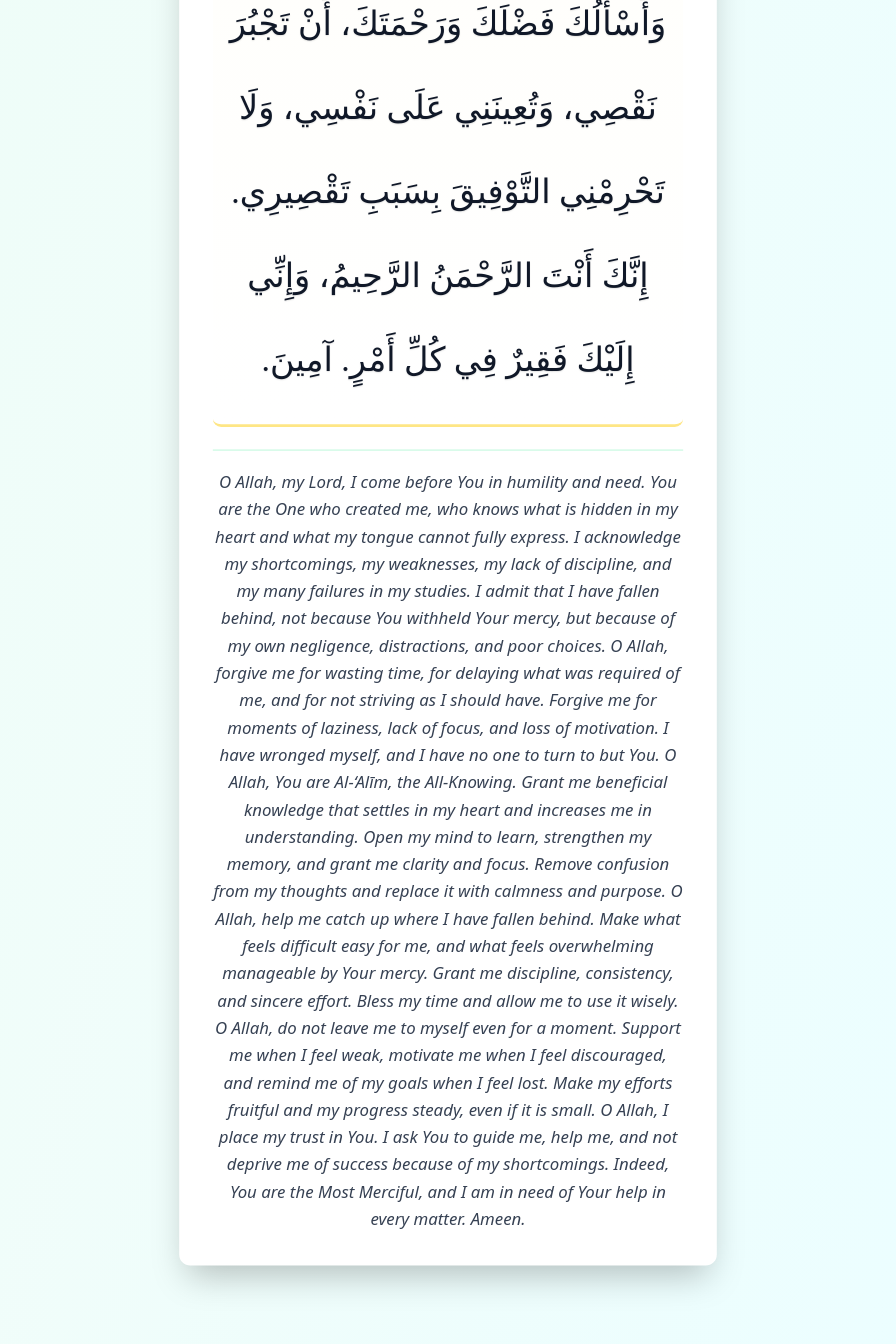
Repository: AbdulquddusMuhammad/prayerApp2.0
Page: /
The author's editor kept a copy of each file at every save. The page is drawn from the files as they stood at one save, then again after the next save.
The browser window is 1280 px wide. The pictures show the part of the page from y = 3770 to 5690 px (the page is 5690 px tall before and 5594 px after), at 70% of full size.
Some web fonts or font styles are not loaded; a fallback is used. The project was rebuilt for these pictures with package versions that can differ from the ones it lists, and the page was loaded fresh each time. Also part of the build but not shown: vite.config.js.

Above is the page before, as saved 2026-01-18 09:23:36.

### index.html
<!DOCTYPE html>
<html lang="en">
  <head>
    <meta charset="UTF-8" />
    <link rel="icon" type="image/sng" href="/prayerAppLogo.png" />
    <meta name="viewport" content="width=device-width, initial-scale=1.0" />
    <title>prayerapp2-0</title>
  </head>
  <body>
    <div id="root"></div>
    <script type="module" src="/src/main.jsx"></script>
  </body>
</html>

### src/main.jsx
import { registerSW } from "virtual:pwa-register";
import { StrictMode } from "react";
import { createRoot } from "react-dom/client";
import "./index.css";
import App from "./App.jsx";

createRoot(document.getElementById("root")).render(
  <StrictMode>
    <App />
  </StrictMode>
);

registerSW({
  onNeedRefresh() {},
  onOfflineReady() {},
});

### src/index.css
@import "tailwindcss";

* {
  /* outline: 1px solid red; */
}

### src/App.jsx
import React, { useState } from "react";
import { ChevronLeft, ChevronRight, BookOpen } from "lucide-react";

const App = () => {
  // Load Quran-style Arabic fonts
  React.useEffect(() => {
    const link = document.createElement("link");
    link.href = "https://fonts.googleapis.com/css2?family=Amiri+Quran&family=Scheherazade+New:wght@400;700&display=swap";
    link.rel = "stylesheet";
    document.head.appendChild(link);
  }, []);
  // Arabic prayers and phrases stored in JavaScript object
  const prayersData = {
    prayers: [
      {
        id: 1,
        arabic: `اللَّهُمَّ إِنِّي أَقِفُ بَيْنَ يَدَيْكَ ذَلِيلًا مُنْكَسِرًا، أَعْتَرِفُ بِضَعْفِي وَتَقْصِيرِي. أَنْتَ الَّذِي خَلَقْتَنِي، وَتَعْلَمُ سِرِّي وَعَلَانِيَتِي، وَتَعْلَمُ مَا فِي قَلْبِي مِمَّا لَا أُحْسِنُ التَّعْبِيرَ عَنْهُ بِلِسَانِي.

اللَّهُمَّ أُقِرُّ بِأَنِّي قَصَّرْتُ فِي دِرَاسَتِي، وَتَأَخَّرْتُ كَثِيرًا، وَضَيَّعْتُ أَوْقَاتِي، وَغَلَبَتْنِي نَفْسِي وَشَوَاغِلِي. فَاغْفِرْ لِي ذُنُوبِي، وَتُبْ عَلَيَّ تَوْبَةً نَصُوحًا، فَإِنِّي قَدْ ظَلَمْتُ نَفْسِي، وَلَا مَلْجَأَ وَلَا مَنْجَا مِنْكَ إِلَّا إِلَيْكَ.

اللَّهُمَّ أَنْتَ الْعَلِيمُ الْحَكِيمُ، فَارْزُقْنِي عِلْمًا نَافِعًا، وَفَهْمًا صَادِقًا، وَفَتْحًا مِنْ عِنْدِكَ. نَوِّرْ عَقْلِي، وَقَوِّ ذَاكِرَتِي، وَاشْرَحْ صَدْرِي لِلتَّعَلُّمِ، وَاصْرِفْ عَنِّي التَّشْتِيتَ وَالْكِسَلَ، وَارْزُقْنِي التَّرْكِيزَ وَالثَّبَاتَ.

اللَّهُمَّ أَعِنِّي عَلَى تَدَارُكِ مَا فَاتَنِي، وَيَسِّرْ لِي مَا اسْتَصْعَبْتُهُ، وَخَفِّفْ عَنِّي مَا أَثْقَلَنِي. بَارِكْ لِي فِي وَقْتِي، وَوَفِّقْنِي لِحُسْنِ اسْتِغْلَالِهِ، وَارْزُقْنِي الِانْضِبَاطَ وَالِاجْتِهَادَ وَالْمُوَاظَبَةَ.

اللَّهُمَّ لَا تَكِلْنِي إِلَى نَفْسِي طَرْفَةَ عَيْنٍ. كُنْ لِي عَوْنًا إِذَا ضَعُفْتُ، وَمُثَبِّتًا إِذَا فَتَرْتُ، وَمُوَجِّهًا إِذَا ضَلَلْتُ. اجْعَلْ سَعْيِي مَبْرُورًا، وَتَقَدُّمِي مُتَوَاصِلًا وَلَوْ كَانَ قَلِيلًا.

اللَّهُمَّ إِنِّي أُفَوِّضُ أَمْرِي إِلَيْكَ، وَأَسْأَلُكَ فَضْلَكَ وَرَحْمَتَكَ، أَنْ تَجْبُرَ نَقْصِي، وَتُعِينَنِي عَلَى نَفْسِي، وَلَا تَحْرِمْنِي التَّوْفِيقَ بِسَبَبِ تَقْصِيرِي. إِنَّكَ أَنْتَ الرَّحْمَنُ الرَّحِيمُ، وَإِنِّي إِلَيْكَ فَقِيرٌ فِي كُلِّ أَمْرٍ. آمِينَ.
`,
        translation: `O Allah, my Lord, I come before You in humility and need. You are the One who created me, who knows what is hidden in my heart and what my tongue cannot fully express. I acknowledge my shortcomings, my weaknesses, my lack of discipline, and my many failures in my studies. I admit that I have fallen behind, not because You withheld Your mercy, but because of my own negligence, distractions, and poor choices.

O Allah, forgive me for wasting time, for delaying what was required of me, and for not striving as I should have. Forgive me for moments of laziness, lack of focus, and loss of motivation. I have wronged myself, and I have no one to turn to but You.

O Allah, You are Al-‘Alīm, the All-Knowing. Grant me beneficial knowledge that settles in my heart and increases me in understanding. Open my mind to learn, strengthen my memory, and grant me clarity and focus. Remove confusion from my thoughts and replace it with calmness and purpose.

O Allah, help me catch up where I have fallen behind. Make what feels difficult easy for me, and what feels overwhelming manageable by Your mercy. Grant me discipline, consistency, and sincere effort. Bless my time and allow me to use it wisely.

O Allah, do not leave me to myself even for a moment. Support me when I feel weak, motivate me when I feel discouraged, and remind me of my goals when I feel lost. Make my efforts fruitful and my progress steady, even if it is small.

O Allah, I place my trust in You. I ask You to guide me, help me, and not deprive me of success because of my shortcomings. Indeed, You are the Most Merciful, and I am in need of Your help in every matter. Ameen.
`,
        category: "Opening",
      },

      {
        id: 2,
        arabic: "الْحَمْدُ لِلَّهِ رَبِّ الْعَالَمِينَ",
        translation: "All praise is due to Allah, Lord of all the worlds",
        category: "Praise",
      },
      {
        id: 3,
        arabic: "اللَّهُمَّ صَلِّ عَلَى مُحَمَّدٍ وَعَلَى آلِ مُحَمَّدٍ",
        translation: "O Allah, send blessings upon Muhammad and the family of Muhammad",
        category: "Salawat",
      },
      {
        id: 4,
        arabic: "سُبْحَانَ اللَّهِ وَالْحَمْدُ لِلَّهِ وَلَا إِلَهَ إِلَّا اللَّهُ وَاللَّهُ أَكْبَرُ",
        translation: "Glory be to Allah, and praise be to Allah, and there is no god but Allah, and Allah is the Greatest",
        category: "Dhikr",
      },
      {
        id: 5,
        arabic: "رَبَّنَا آتِنَا فِي الدُّنْيَا حَسَنَةً وَفِي الْآخِرَةِ حَسَنَةً وَقِنَا عَذَابَ النَّارِ",
        translation: "Our Lord, give us good in this world and good in the Hereafter, and protect us from the punishment of the Fire",
        category: "Dua",
      },
      {
        id: 6,
        arabic: "اللَّهُمَّ إِنِّي أَسْأَلُكَ الْهُدَى وَالتُّقَى وَالْعَفَافَ وَالْغِنَى",
        translation: "O Allah, I ask You for guidance, piety, chastity, and self-sufficiency",
        category: "Dua",
      },
      {
        id: 7,
        arabic: "رَبِّ اشْرَحْ لِي صَدْرِي وَيَسِّرْ لِي أَمْرِي",
        translation: "My Lord, expand my chest and make my task easy for me",
        category: "Dua",
      },
      {
        id: 8,
        arabic: "لَا إِلَهَ إِلَّا أَنْتَ سُبْحَانَكَ إِنِّي كُنْتُ مِنَ الظَّالِمِينَ",
        translation: "There is no deity except You; exalted are You. Indeed, I have been of the wrongdoers",
        category: "Dua",
      },
      {
        id: 9,
        arabic: "اللَّهُمَّ إِنِّي أَعُوذُ بِكَ مِنَ الْهَمِّ وَالْحَزَنِ",
        translation: "O Allah, I seek refuge in You from anxiety and grief",
        category: "Protection",
      },
      {
        id: 10,
        arabic: "حَسْبُنَا اللَّهُ وَنِعْمَ الْوَكِيلُ",
        translation: "Allah is sufficient for us, and He is the best Disposer of affairs",
        category: "Trust in Allah",
      },
    ],
  };

  const [currentIndex, setCurrentIndex] = useState(0);
  const currentPrayer = prayersData.prayers[currentIndex];

  const goToNext = () => {
    setCurrentIndex((prev) => (prev < prayersData.prayers.length - 1 ? prev + 1 : prev));
  };

  const goToPrevious = () => {
    setCurrentIndex((prev) => (prev > 0 ? prev - 1 : prev));
  };

  return (
    <div className="min-h-screen bg-gradient-to-br from-emerald-50 via-teal-50 to-cyan-50 flex items-center justify-center p-4">
      <div className="max-w-3xl w-full">
        {/* Header */}
        <div className="text-center mb-8">
          <div className="flex items-center justify-center gap-3 mb-3">
            <BookOpen className="w-8 h-8 text-emerald-600" />
            <h1 className="text-3xl font-bold text-gray-800">Islamic Prayers & Duas</h1>
          </div>
          <p className="text-gray-600">Learn authentic prayers in Arabic</p>
        </div>

        {/* Prayer Card */}
        <div className="bg-white rounded-2xl shadow-2xl p-8 md:p-12 mb-24">
          {/* Category Badge */}
          <div className="text-center mb-6">
            <span className="inline-block px-4 py-2 bg-emerald-100 text-emerald-700 text-sm font-semibold rounded-full">{currentPrayer.category}</span>
          </div>

          {/* Arabic Text - Quran Style */}
          <div className="mb-8 px-4 py-8 bg-gradient-to-b from-amber-50 to-transparent rounded-xl border-t-4 border-b-4 border-amber-200" dir="rtl">
            <p
              className="text-4xl md:text-5xl text-gray-900 leading-loose text-center"
              style={{
                fontFamily: "'Amiri Quran', 'Scheherazade New', 'Traditional Arabic', serif",
                lineHeight: "2.5",
                textShadow: "0 1px 2px rgba(0,0,0,0.1)",
              }}>
              {currentPrayer.arabic}
            </p>
          </div>

          {/* Translation */}
          <div className="border-t-2 border-emerald-100 pt-6">
            <p className="text-xl md:text-2xl text-gray-700 text-center italic leading-relaxed">{currentPrayer.translation}</p>
          </div>
        </div>

        <div className="fixed bottom-0 left-0 right-0">
          {/* Progress Dots */}
          <div className="flex justify-center gap-2 mt-6">
            {prayersData.prayers.map((_, index) => (
              <button key={index} onClick={() => setCurrentIndex(index)} className={`w-3 h-3 rounded-full transition-all ${index === currentIndex ? "bg-emerald-600 w-8" : "bg-gray-300 hover:bg-gray-400"}`} />
            ))}
          </div>
          {/* Navigation Controls */}
          <div className="flex items-center justify-between bg-white rounded-xl shadow-lg p-4 mt-4">
            <button onClick={goToPrevious} disabled={currentIndex === 0} className={`flex items-center gap-2 px-6 py-3 rounded-lg font-medium transition-all ${currentIndex === 0 ? "bg-gray-100 text-gray-400 cursor-not-allowed" : "bg-emerald-600 text-white hover:bg-emerald-700 shadow-md"}`}>
              <ChevronLeft className="w-5 h-5" />
              Previous
            </button>

            <div className="text-center">
              <p className="text-sm text-gray-500 mb-1">Prayer</p>
              <p className="text-2xl font-bold text-emerald-600">
                {currentIndex + 1} / {prayersData.prayers.length}
              </p>
            </div>

            <button onClick={goToNext} disabled={currentIndex === prayersData.prayers.length - 1} className={`flex items-center gap-2 px-6 py-3 rounded-lg font-medium transition-all ${currentIndex === prayersData.prayers.length - 1 ? "bg-gray-100 text-gray-400 cursor-not-allowed" : "bg-emerald-600 text-white hover:bg-emerald-700 shadow-md"}`}>
              Next
              <ChevronRight className="w-5 h-5" />
            </button>
          </div>
        </div>
      </div>
    </div>
  );
};

export default App;

After the next save:
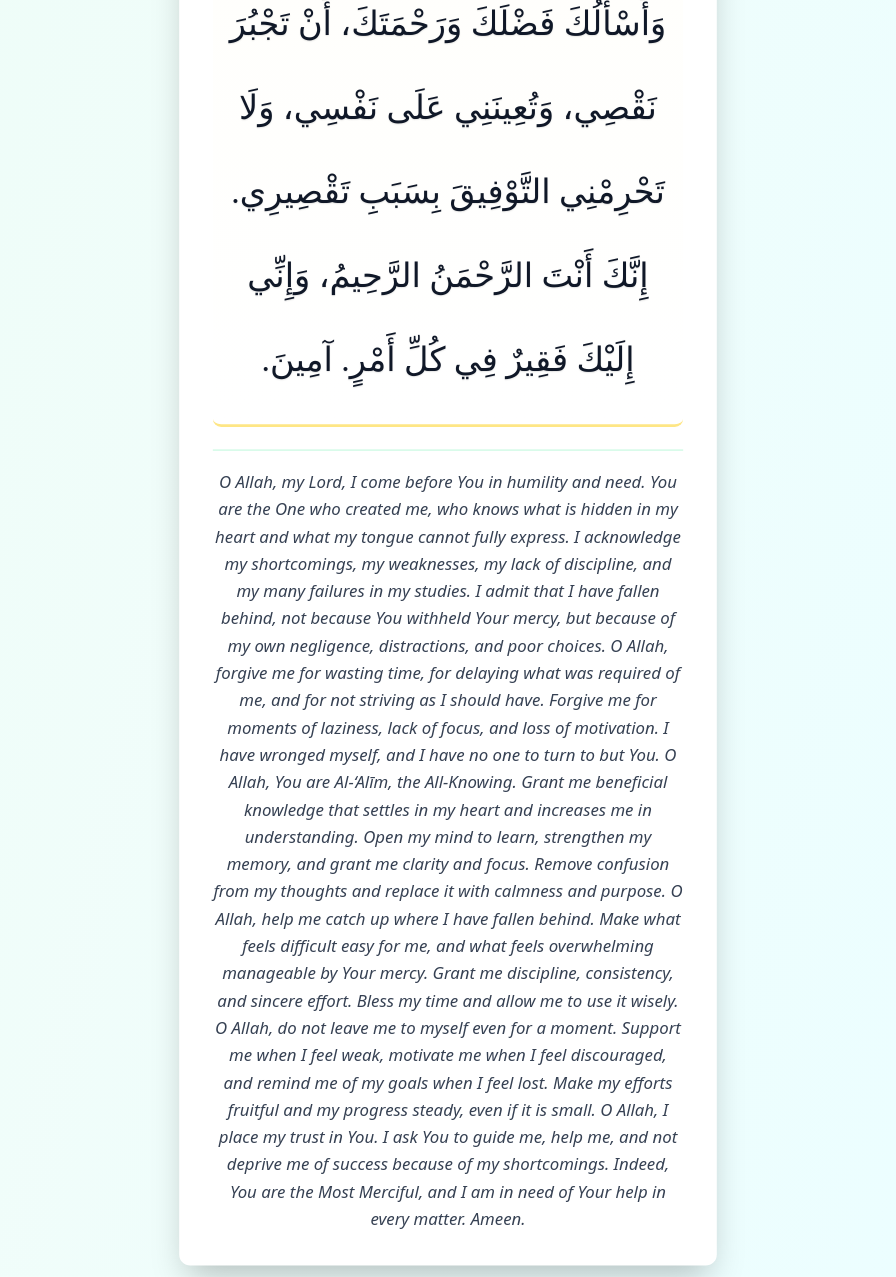
Saved 70 s later.
--- a/src/App.jsx
+++ b/src/App.jsx
@@ -122,7 +122,7 @@ O Allah, I place my trust in You. I ask You to guide me, help me, and not depriv
         </div>
 
         {/* Prayer Card */}
-        <div className="bg-white rounded-2xl shadow-2xl p-8 md:p-12 mb-24">
+        <div className="bg-white rounded-2xl shadow-2xl p-8 md:p-12">
           {/* Category Badge */}
           <div className="text-center mb-6">
             <span className="inline-block px-4 py-2 bg-emerald-100 text-emerald-700 text-sm font-semibold rounded-full">{currentPrayer.category}</span>
